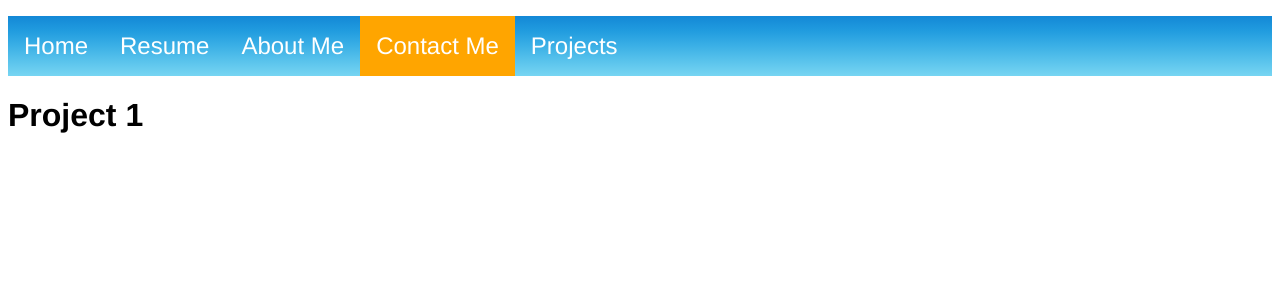
Repository: TangDylan/TangDylan.github.io
Page: contactme.html
The author's editor kept a record of every edit. The page is drawn from the files as they stood at one moment, then again after the next edit.
The browser window is 1280 px wide. The pictures show the whole page.

Above is the page before.

After the next edit:
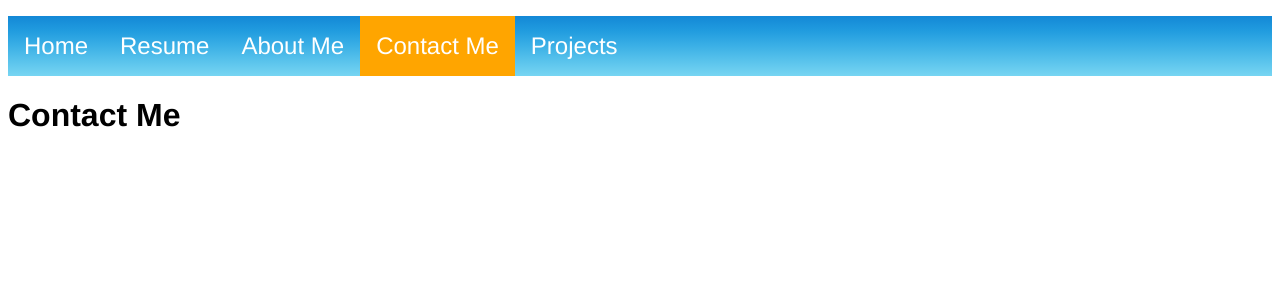
The edit:
--- a/contactme.html
+++ b/contactme.html
@@ -29,7 +29,7 @@
       </ul>
 
         <h1>
-          Project 1
+          Contact Me
         </h1>
 
 
